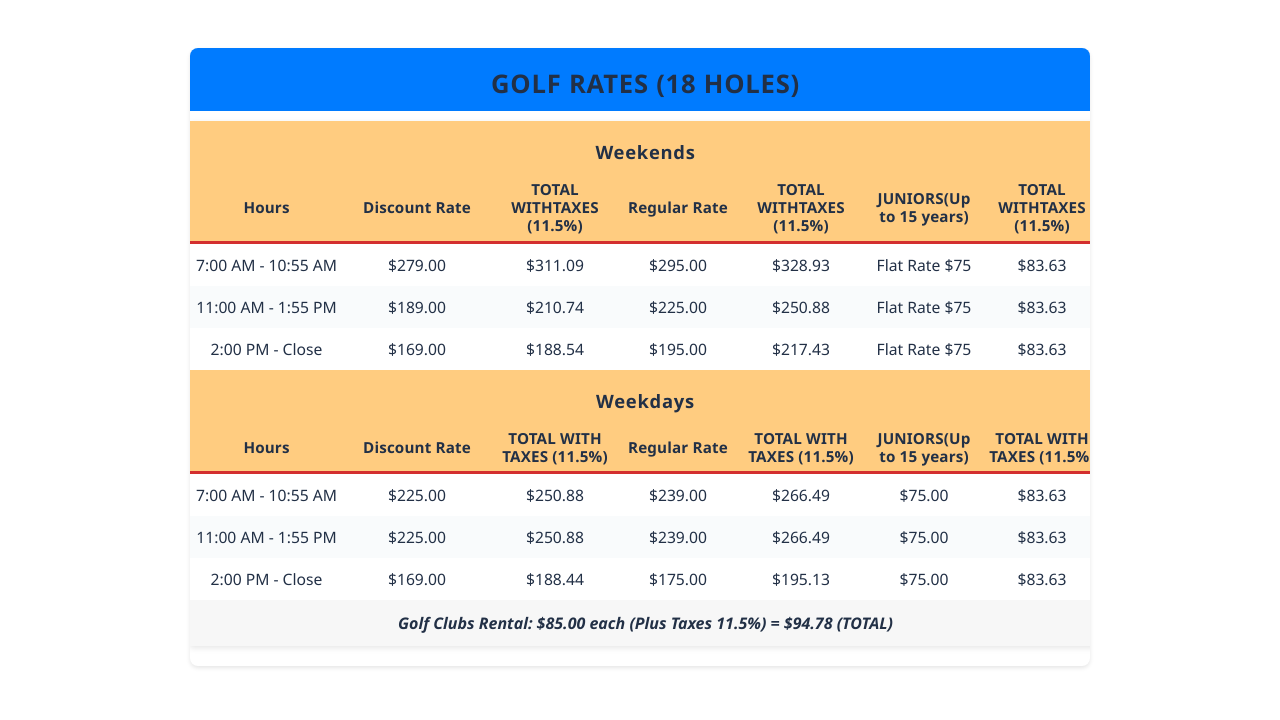
Repository: chvg1968/airphonebook
Page: src/html/pages/golfrates.html
An editor plug-in stored every save of this project. The page is shown before and after the next save, followed by the edit.
The browser window is 1280 px wide. The pictures show the whole page.

Above is the page before, as saved 2025-05-08 18:22:50.

After the next save:
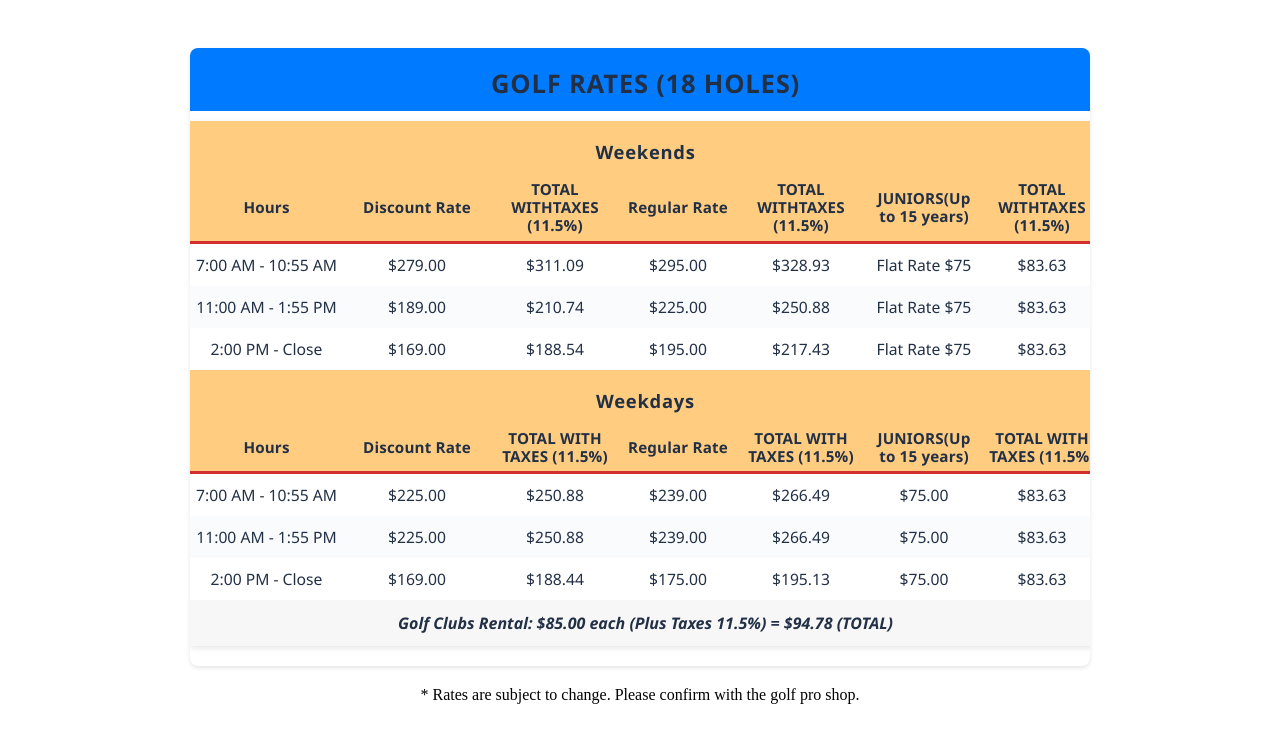
Saved 111 s later.
--- a/src/html/pages/golfrates.html
+++ b/src/html/pages/golfrates.html
@@ -209,7 +209,7 @@
                 </tfoot>
             </table>
         </div>
-
+        <p>* Rates are subject to change. Please confirm with the golf pro shop.</p>
     </div>
 </body>
 </html>
